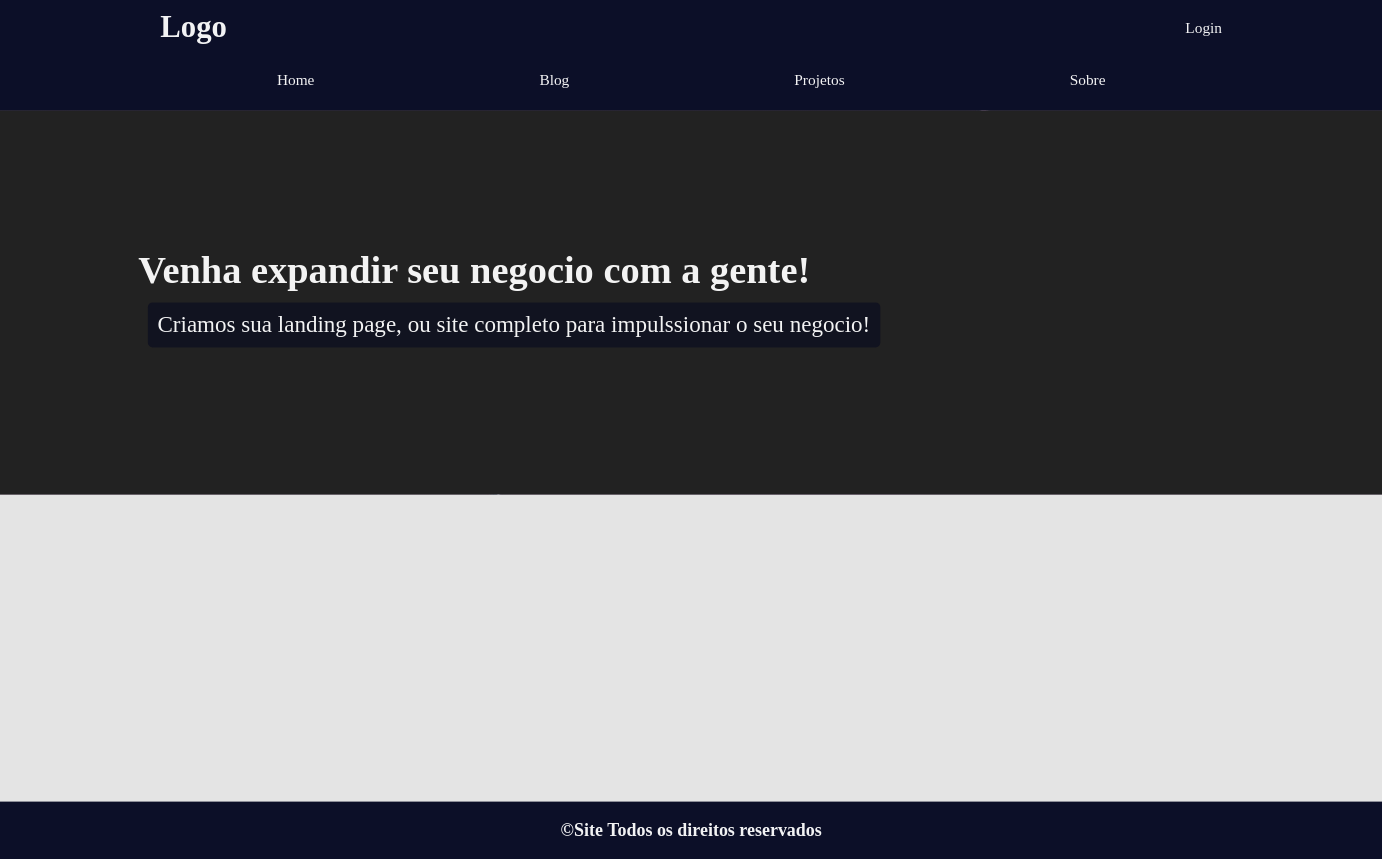
Repository: SauloMorais01/mysitefront-end
Page: index.html
The author's editor kept a copy of each file at every save. The page is drawn from the files as they stood at one save, then again after the next save.
The browser window is 1440 px wide. The pictures show the whole page, at 96% of full size.

Above is the page before, as saved 2024-11-01 22:35:54.

### index.html
<!DOCTYPE html>
<html lang="pt-br">
<head>
    <meta charset="UTF-8">
    <meta name="viewport" content="width=device-width, initial-scale=1.0">
    <title>Titulo - status</title>
    <link rel="stylesheet" href="./src/css/style.css">
</head>
<body>
    <header class="primary-color hd-color-white">
        <div class="container">
            <div class="top-box flex">
                <div class="logo">
                    <a class="hd-color-white" href="/"><h1>Logo</h1></a>
                </div>
                <div class="login">
                    <a class="hd-color-white" href="/">Login</a>
                </div>
            </div>
        </div>
    </header>

    <section id="menu" class="sticky-top primary-color hd-color-white">
            <div class="container center">
                <a href="/">Home</a>
                <a href="./src/pages/blog.html">Blog</a>
                <a href="/">Projetos</a>
                <a href="/">Sobre</a>
            </div>
    </section>

    <main>
        <section class="info-top">
            <div class="container hd-color-white">
                <div class="info-top-top">
                    <h1>Venha expandir seu negocio com a gente!</h1>
                </div>
                <div class="info-top-p">
                    <p>Criamos sua landing page, ou site completo para impulssionar o seu negocio!</p>
                </div>
            </div>
        </section>

    </main>

    <footer class="primary-color center">
        <h3 class="hd-color-white">&copy;<strong>Site</strong> Todos os direitos reservados</h3>
    </footer>


    <script src="./src/js/main.js"></script>
</body>
</html>

### src/css/style.css
/* Primary configs */
:root {
    /* Colors */
    /* Bases */
    --primary-color: 234, 94%, 6%,;
    --secondary-color: 184, 86%, 66%,;
    --body-color: 0, 0%, 89%,;
    --white-color: 0, 0%, 100%,;
    --black-color: 0, 0%, 0%,;
    /* End Bases */

    /* Variations colors */
    --primary-color-normal: hsla(var(--primary-color) 0.95);
    --primary-color-medium: hsla(var(--primary-color) 0.5);
    --primary-color-light: hsla(var(--primary-color) 0.250);

    --secondary-color-normal: hsla(var(--secondary-color) 0.95);
    --secondary-color-medium: hsla(var(--secondary-color) 0.5);
    --secondary-color-light: hsla(var(--secondary-color) 0.250);

    --body-color-normal: hsla(var(--body-color) 0.95);
    --body-color-medium: hsla(var(--body-color) 0.5);
    --body-color-light: hsla(var(--body-color) 0.250);

    --black-color-normal: hsla(var(--black-color) 0.95);
    --black-color-medium: hsla(var(--black-color) 0.5);
    --black-color-light: hsla(var(--black-color) 0.250);

    --white-color-normal: hsla(var(--white-color) 0.95);
    --white-color-medium: hsla(var(--white-color) 0.5);
    --white-color-light: hsla(var(--white-color) 0.250);
    /* End variations colors */
    /* End Colors */

    /* Conf Sizes */
    --container-larger-l: 80%;
    --container-larger-m: 80%;
    --container-larger-s: 80%;
    --container-tablet: 90%;
    --container-small-d: 95%;
    --grid-width: 20%;
    --grid-height: 20%;
    /* End conf Sizes */
}

/* Global */
* {
    box-sizing: border-box;
    margin: 0;
    padding: 0;
}
/* End global */

/* pagina */
body {
    background: var(--body-color-normal);
}

a {
    list-style: none;
    text-decoration: none;
}


main {
    height: 100vh;
}

footer {
    height: 60px;
}

footer h3 {
    padding-top: 1.2rem;
}

/* end pagina */

/* Utils */
.flex {
    display: flex;
}

.sticky-top {
    position: sticky;
    top: 0;
}

.center {
    text-align: center;
}

.right {
    text-align: right;
}

.left {
    text-align: left;
}

.grid-temp {
    width: var(--grid-width); height: var(--grid-height);
    display: grid;
    grid-template-columns: repeat(4, 1fr);
    grid-template-rows: repeat(4, 1fr);
}

.primary-color{
    background: var(--primary-color-normal);
}

.secondary-color{
    background: var(--secondary-color-normal);
}

.hd-color-black {
    color: var(--black-color-normal);
}

.hd-color-white {
    color: var(--white-color-normal);
}

.hidden {
    display: none;
}
/* End utils */



/* Responsividade */
@media (max-width: 575.99px) {
    .container {
        margin: 0 auto;
        width: var(--container-small-d);
    }

    header {
        height: 40px;
    }

    #menu {
        height: 40px;
        display:none;
    }

    #menu a {
        color: var(--white-color-normal);
        margin: 5px 2%;
        padding: 10px 5%;
    }

    #menu a:hover {
        background-color: var(--secondary-color-light);
        border-radius: 5px;
    }

    .top-box {
        position: relative;
        padding-top: 2px;
    }

    .logo {
        position: absolute;
        left: 1%;
        font-size: 0.8rem;
    }

    .login {
        position: absolute;
        margin-top: 2px;
        right: 1%;
        display: none;
    }

    /* Main */
    .info-top{
        /* background: #4f0c6e; */
        height: 250px;
        background-image: url(../img/freepik__generate-images-about-web-development__7459.jpeg);
        background-position: center;
        background-size: 100% 100%;
        display: flex;
        align-items: center;
        justify-content: center;
        /* background-repeat: no-repeat; */
    }

    .info-top h1 {
        font-size: 1.25rem;
    }

    .info-top p {
        font-size: 0.8rem;
        width: fit-content;
        font-size: 0.8rem;
        background: var(--primary-color-medium);
        border-radius: 5px;
        padding: 10px;
    }
}

@media (min-width: 576px) {
    .container {
        margin: 0 auto;
        width: var(--container-small-d);
    }

    header {
        height: 40px;
    }

    #menu {
        height: 40px;
        display:none;
    }

    #menu a {
        color: var(--white-color-normal);
        margin: 5px 2%;
        padding: 10px 5%;
    }

    #menu a:hover {
        background-color: var(--secondary-color-light);
        border-radius: 5px;
    }

    .top-box {
        position: relative;
        padding-top: 3px;
    }

    .logo {
        position: absolute;
        left: 1%;
        font-size: 0.8rem;
    }

    .login {
        position: absolute;
        margin-top: 3px;
        right: 1%;
        display: none;
    }

    /* Main */
    .info-top{
        /* background: #4f0c6e; */
        height: 250px;
        background-image: url(../img/freepik__generate-images-about-web-development__7459.jpeg);
        background-position: center;
        background-size: 100% 100%;
        display: flex;
        align-items: center;
        justify-content: center;
        /* background-repeat: no-repeat; */
    }

    .info-top h1 {
        font-size: 1.25rem;
    }

    .info-top p {
        width: fit-content;
        font-size: 0.8rem;
        background: var(--primary-color-medium);
        border-radius: 5px;
        padding: 10px;
    }
}

/* Medium devices (tablets, 768px and up) */
@media (min-width: 768px) {
    .container {
        margin: 0 auto;
        width: var(--container-tablet);
    }

    header {
        height: 50px;
    }

    #menu {
        height: 40px;
        display:none;
    }

    #menu a {
        color: var(--white-color-normal);
        margin: 5px 3%;
        padding: 10px 5%;
    }

    #menu a:hover {
        background-color: var(--secondary-color-light);
        border-radius: 5px;
    }

    .top-box {
        position: relative;
        padding-top: 6px;
    }

    .logo {
        position: absolute;
        left: 2%;
        font-size: 1rem;
    }

    .login {
        position: absolute;
        margin-top: 6px;
        right: 2%;
        display: none;
    }

    /* Main */
    .info-top{
        /* background: #4f0c6e; */
        height: 300px;
        background-image: url(../img/freepik__generate-images-about-web-development__7459.jpeg);
        background-position: center;
        background-size: 100% 100%;
        display: flex;
        align-items: center;
        justify-content: center;
        /* background-repeat: no-repeat; */
    }

    .info-top h1 {
        font-size: 1.5rem;
    }

    .info-top p {
        margin: 10px;
        font-size: 1.0rem;
    }
}

/* Large devices (desktops, 992px and up) */
@media (min-width: 992px) {
    .container {
        margin: 0 auto;
        width: var(--container-larger-s);
    }

    header {
        height: 60px;
    }

    #menu {
        height: 40px;
        display: block;
    }

    #menu a {
        color: var(--white-color-normal);
        margin: 5px 4%;
        padding: 10px 5%;
    }

    #menu a:hover {
        background-color: var(--secondary-color-light);
        border-radius: 5px;
    }

    .top-box {
        position: relative;
        padding-top: 8px;
    }

    .logo {
        position: absolute;
        left: 2%;
    }

    .login {
        position: absolute;
        margin-top: 8px;
        right: 2%;
        display: block;
    }

    /* Main */
    .info-top{
        /* background: #4f0c6e; */
        height: 350px;
        background-image: url(../img/freepik__generate-images-about-web-development__7459.jpeg);
        background-position: center;
        background-size: 100% 100%;
        display: flex;
        align-items: center;
        justify-content: center;
        /* background-repeat: no-repeat; */
    }

    .info-top h1 {
        font-size: 2.0rem;
    }

    .info-top p {
        font-size: 1.0rem;
    }
}

/* X-Large devices (large desktops, 1200px and up) */
@media (min-width: 1200px) {
    .container {
        margin: 0 auto;
        width: var(--container-larger-m);
    }

    header {
        height: 70px;
    }

    #menu {
        height: 40px;
        display: block;
    }

    #menu a {
        color: var(--white-color-normal);
        margin: 5px 4.5%;
        padding: 10px 5%;
    }

    #menu a:hover {
        background-color: var(--secondary-color-light);
        border-radius: 5px;
    }

    .top-box {
        position: relative;
        padding-top: 8px;
    }

    .logo {
        position: absolute;
        left: 2%;
    }

    .login {
        position: absolute;
        margin-top: 8px;
        right: 2%;
    }

    /* Main */
    .info-top{
        /* background: #4f0c6e; */
        height: 400px;
        background-image: url(../img/freepik__generate-images-about-web-development__7459.jpeg);
        background-position: center;
        background-size: 100% 100%;
        display: flex;
        align-items: center;
        justify-content: center;
        /* background-repeat: no-repeat; */
    }

    .info-top h1 {
        font-size: 2.5rem;
    }

    .info-top p {
        font-size: 1.5rem;
    }
}

/* XX-Large devices (larger desktops, 1400px and up) */
@media (min-width: 1400px) {
    .container {
        margin: 0 auto;
        width: var(--container-larger-l);
    }

    header {
        height: 75px;
    }

    #menu {
        height: 40px;
        display: block;
    }

    #menu a {
        color: var(--white-color-normal);
        margin: 5px 5%;
        padding: 10px 5%;
    }

    #menu a:hover {
        background-color: var(--secondary-color-light);
        border-radius: 5px;
    }

    .top-box {
        position: relative;
        padding-top: 10px;
    }

    .logo {
        position: absolute;
        left: 2%;
    }

    .login {
        position: absolute;
        margin-top: 10px;
        right: 2%;
    }

    /* Main */
    .info-top{
        /* background: #4f0c6e; */
        height: 400px;
        background-image: linear-gradient(50deg, #222, #222), url(../img/freepik__generate-images-about-web-development__7459.jpeg);
        background-position: center;
        background-size: 100% 100%;
        display: flex;
        align-items: center;
        justify-content: center;
        /* background-repeat: no-repeat; */
    }

    .info-top h1 {
        font-size: 2.5rem;
    }

    .info-top p {
        font-size: 1.5rem;
    }
}
/* End responsividade */

Loaded but not shown: src/js/main.js (no copy from this time; the picture is the same without it)

After the next save:
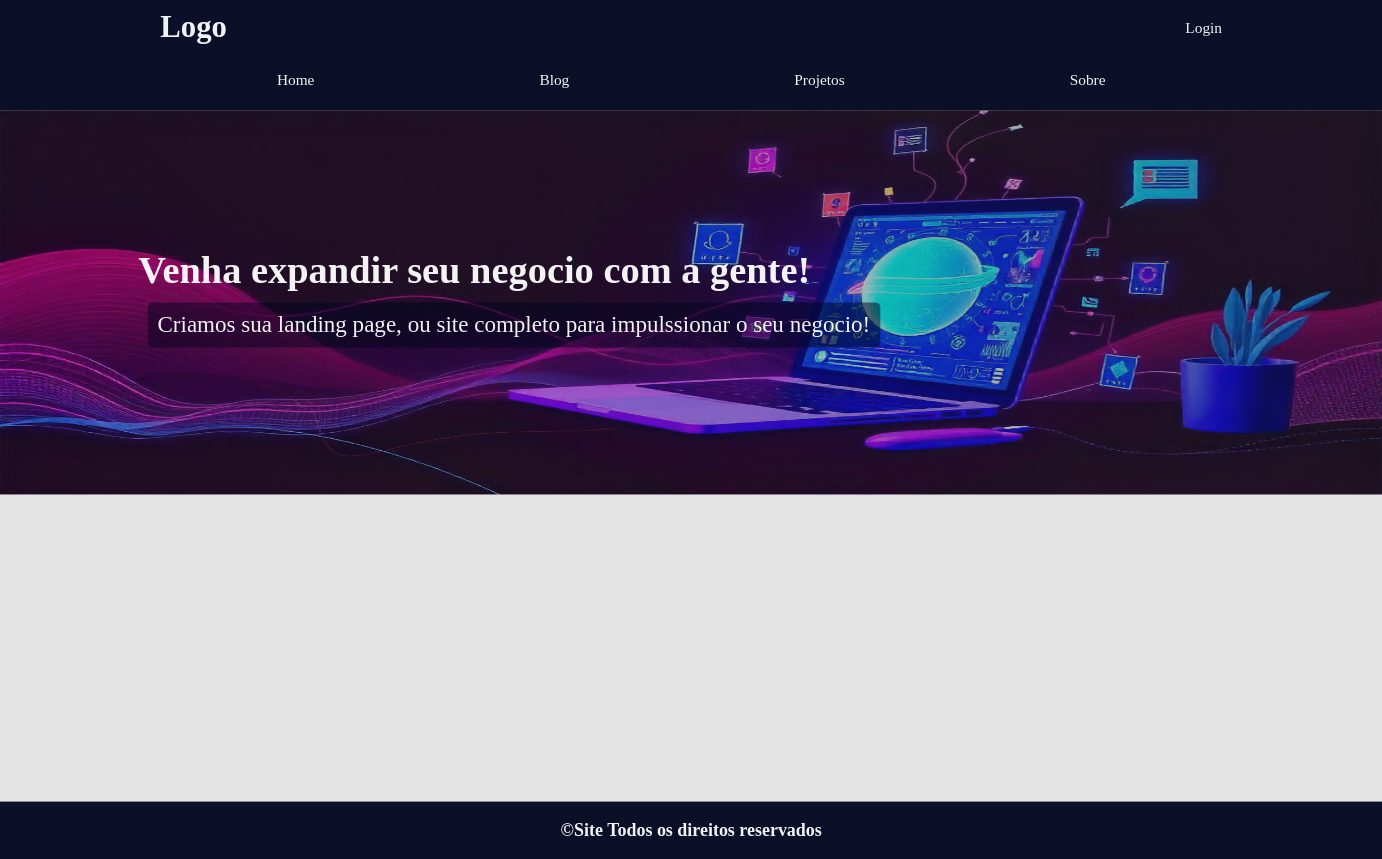
Saved 23 s later.
--- a/src/css/style.css
+++ b/src/css/style.css
@@ -516,7 +516,7 @@ footer h3 {
     .info-top{
         /* background: #4f0c6e; */
         height: 400px;
-        background-image: linear-gradient(50deg, #222, #222), url(../img/freepik__generate-images-about-web-development__7459.jpeg);
+        background-image: linear-gradient(50deg, #2222222a, #22222267), url(../img/freepik__generate-images-about-web-development__7459.jpeg);
         background-position: center;
         background-size: 100% 100%;
         display: flex;
